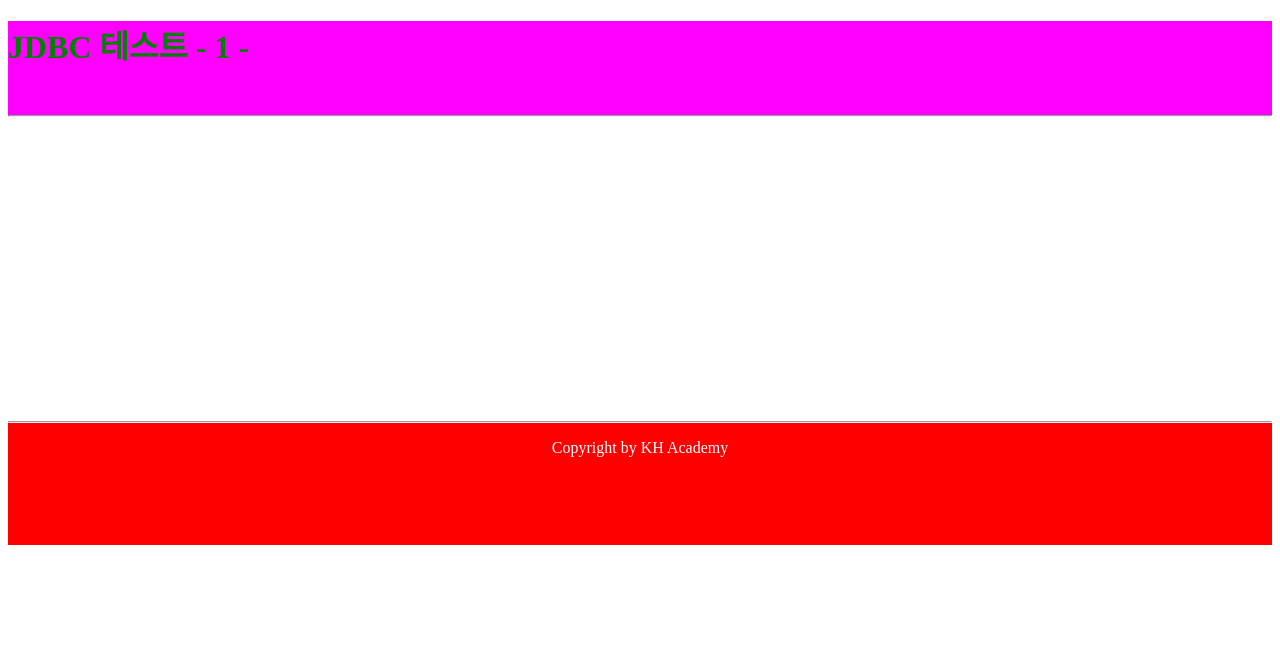
Repository: steeveelee2/WEB_Study
Page: http://localhost/JDBC1Project/views/member/memberJoin.jsp
These files come from the project's save history. The page is drawn as it stood at one moment and after the next save; the edit follows.
The browser window is 1280 px wide. The pictures show the whole page.
The page is served by Tomcat 9.

Above is the page before, as saved 2018-10-16 04:49:43.

After the next save:
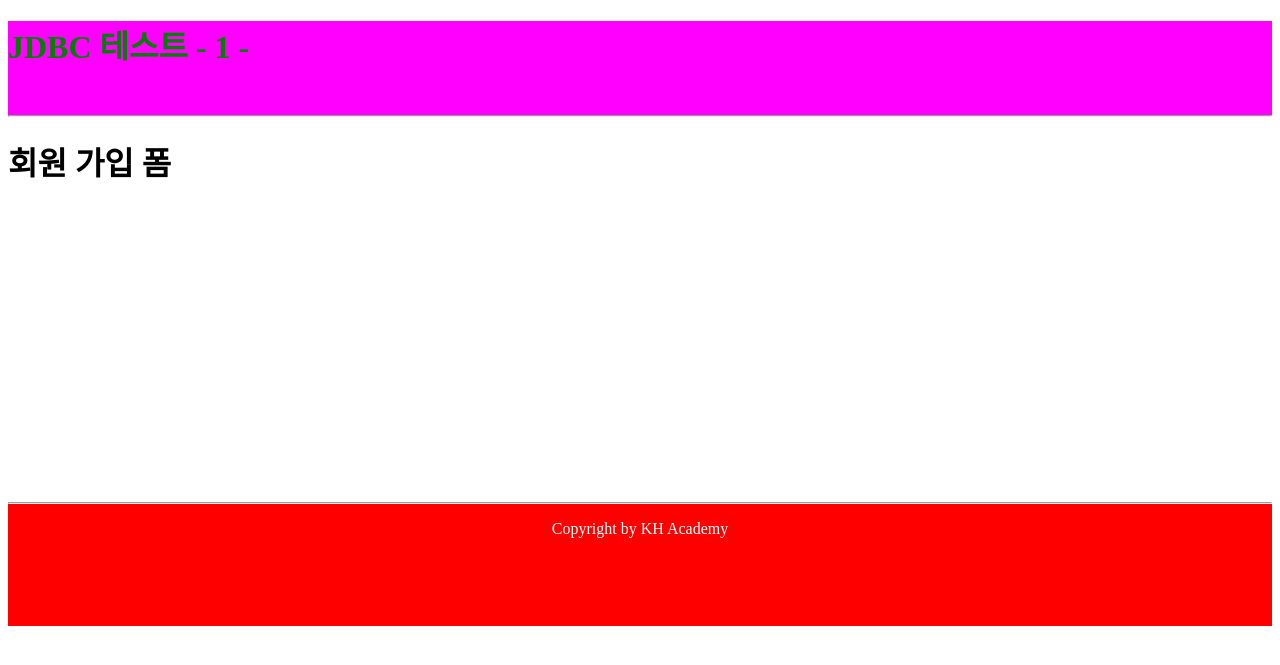
Saved 101 s later.
--- a/webWorkspace/JDBC1Project/web/views/member/memberJoin.jsp
+++ b/webWorkspace/JDBC1Project/web/views/member/memberJoin.jsp
@@ -7,10 +7,10 @@
 <title>회원가입 폼</title>
 </head>
 <body>
-	<%@ include file="../common/header.jsp" %>
+	<%@ include file="/views/common/header.jsp" %>
 
+	<h1>회원 가입 폼</h1>
 
-
-	<%@ include file="../common/footer.jsp" %>
+	<%@ include file="/views/common/footer.jsp" %>
 </body>
 </html>
